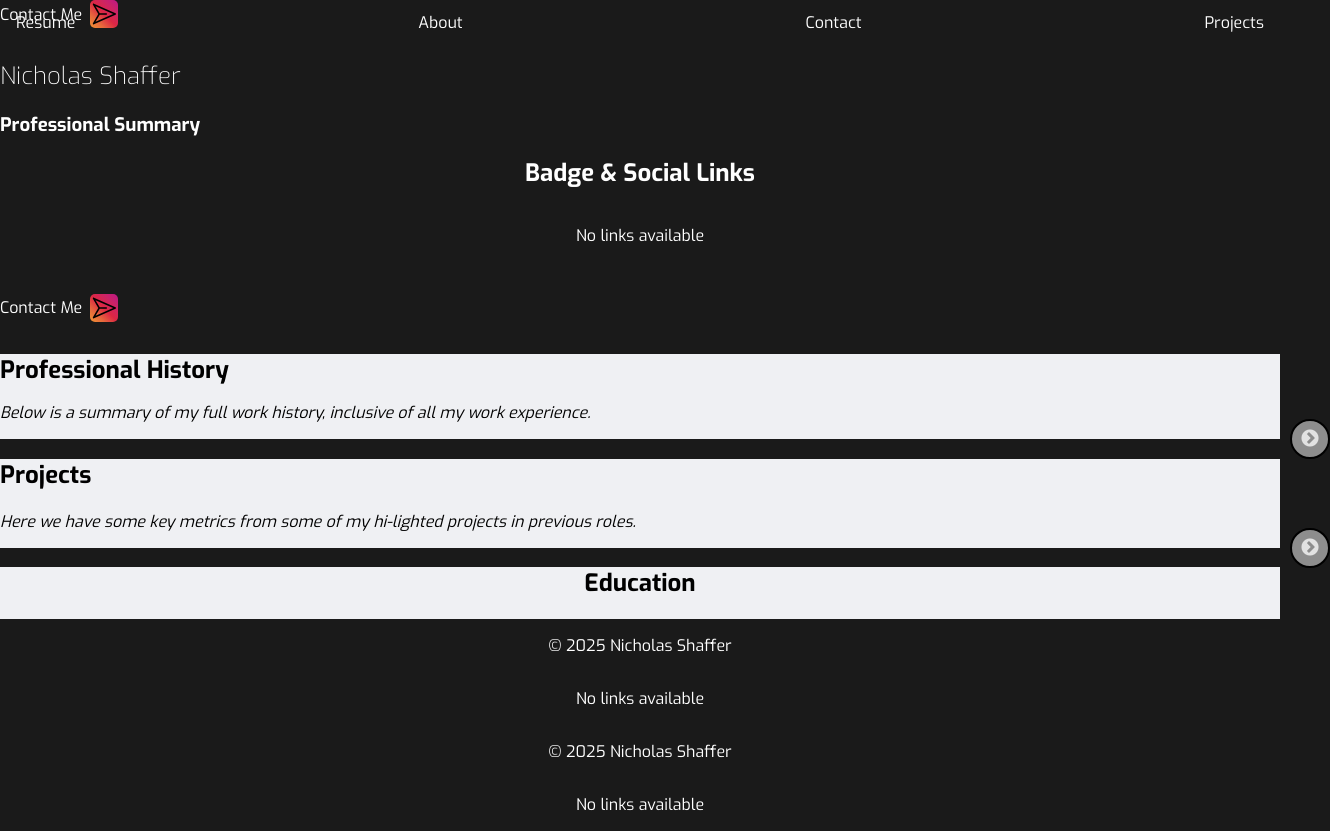
Repository: ShafferNick/nicholas_portfolio
Page: /
An editor plug-in stored every save of this project. The page is shown before and after the next save, followed by the edit.
The browser window is 1280 px wide. The page is 1330 px wide, so the pictures cover 1330 px, including what lies to the right of the window. The pictures show the whole page.
The page's requests for data from a server got no answer. The project was rebuilt for these pictures with package versions that can differ from the ones it lists, and the page was loaded fresh each time. The framework's server and built-in components were replaced by stand-ins that run in the browser. No one was signed in, and anything a server would have sent is missing. Also part of the build but not shown: next.config.ts, src/app/components/Contact.tsx.

Above is the page before, as saved 2025-03-19 14:07:46.

After the next save:
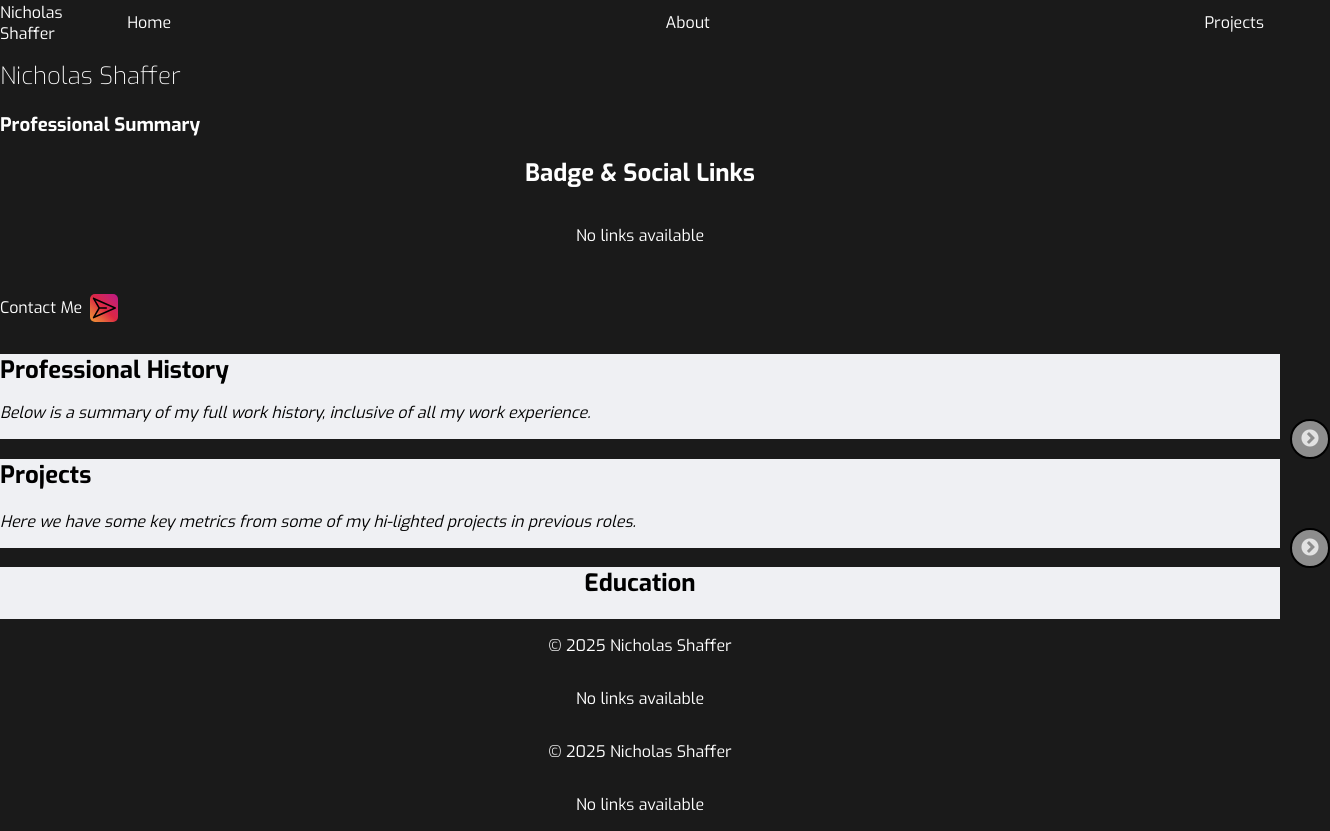
Saved 34 s later.
--- a/src/app/components/NavbarClient.tsx
+++ b/src/app/components/NavbarClient.tsx
@@ -12,10 +12,10 @@ export default function NavbarClient({ onContactClick }: NavbarClientProps) {
   const pathname = usePathname();
 
   const navLinks = [
-    { name: 'Resume', href: '/' },
+    { name: 'Home', href: '/' },
     { name: 'About', href: '/about' },
-    { name: 'Contact', href: '#', onClick: onContactClick },
     { name: 'Projects', href: '/projects' },
+    // Removed Contact link from navbar
   ];
 
   const toggleMobileMenu = () => {
@@ -23,8 +23,9 @@ export default function NavbarClient({ onContactClick }: NavbarClientProps) {
   };
 
   return (
-    <nav className="bg-gray-800 text-white p-4 fixed w-full top-0 z-50">
+    <nav className="bg-[#1A1A1A] text-white p-4 fixed w-full top-0 z-50">
       <div className="max-w-4xl mx-auto flex justify-between items-center">
+        <div className="text-lg font-bold">Nicholas Shaffer</div>
 
         {/* Desktop Menu */}
         <div className="desktop-menu hidden md:flex space-x-4">
@@ -33,12 +34,6 @@ export default function NavbarClient({ onContactClick }: NavbarClientProps) {
               key={link.name}
               href={link.href}
               className={`nav-link ${pathname === link.href ? 'active-link' : ''}`}
-              onClick={(e) => {
-                if (link.onClick) {
-                  e.preventDefault();
-                  link.onClick();
-                }
-              }}
             >
               {link.name}
             </Link>
@@ -73,15 +68,7 @@ export default function NavbarClient({ onContactClick }: NavbarClientProps) {
                 key={link.name}
                 href={link.href}
                 className={`text-white text-lg ${pathname === link.href ? 'active-link' : ''}`}
-                onClick={(e) => {
-                  if (link.onClick) {
-                    e.preventDefault();
-                    link.onClick();
-                    toggleMobileMenu();
-                  } else {
-                    toggleMobileMenu();
-                  }
-                }}
+                onClick={() => toggleMobileMenu()}
               >
                 {link.name}
               </Link>
